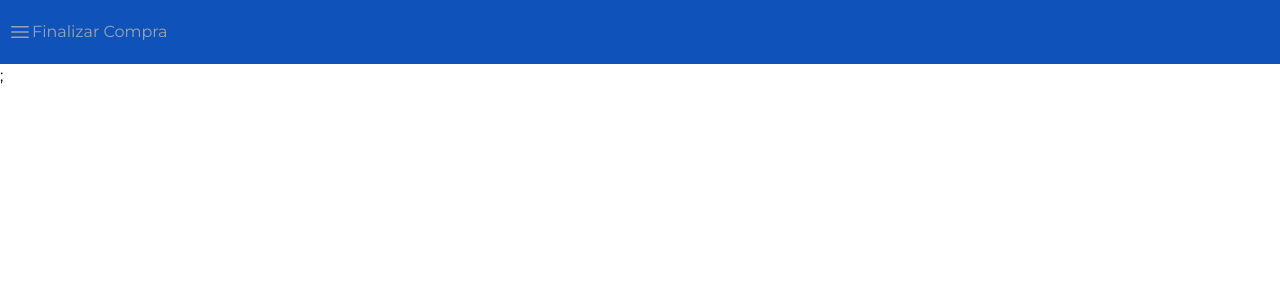
Repository: LuisSempre/mks
Page: /bar
An editor plug-in stored every save of this project. The page is shown before and after the next save, followed by the edit.
The browser window is 1280 px wide. The pictures show the whole page.
The project was rebuilt for these pictures with package versions that can differ from the ones it lists, and the page was loaded fresh each time. The framework's server and built-in components were replaced by stand-ins that run in the browser. Also part of the build but not shown: next.config.js.

Above is the page before, as saved 2023-01-24 02:12:35.

After the next save:
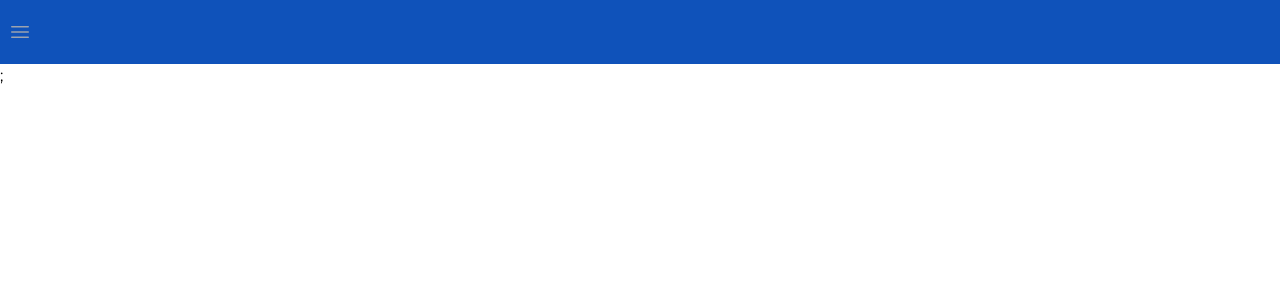
Saved 4 s later.
--- a/components/SidebarCar.tsx
+++ b/components/SidebarCar.tsx
@@ -29,7 +29,6 @@
                 ) : (
                   <Bars3Icon className='block w-6 h-6' aria-hidden='true' />
                 )}
-                <button>Finalizar Compra</button>
               </Disclosure.Button>
             </div>
           </div>
